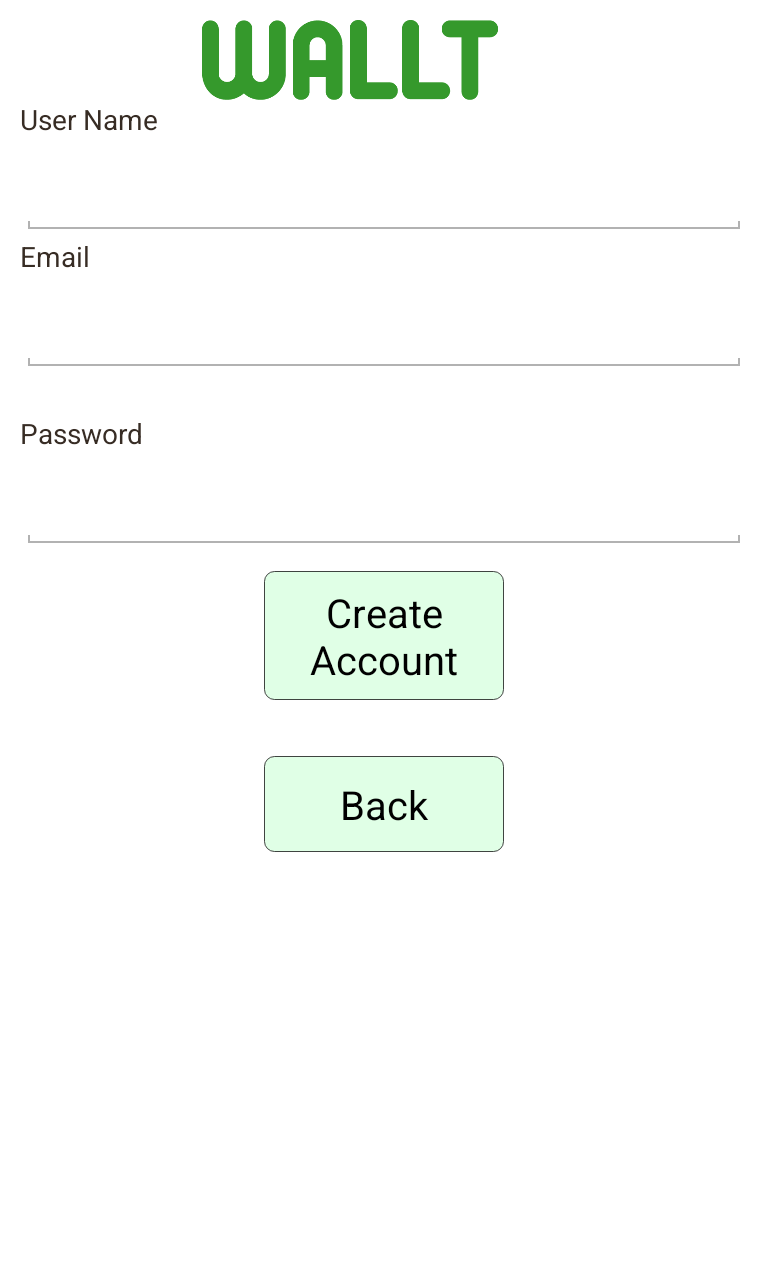
Repository: watty14/Android-Project-Spring-14
Layout: WALLT/res/layout/registeraccount_activity.xml
The author's editor kept a copy of each file at every save. The layout is drawn from the files as they stood at one save, then again after the next save.
It is drawn on a 768 x 1280 px phone screen (xhdpi) without system bars, with theme AppTheme; the app's code is not run.

Above is the layout before, as saved 2014-02-21 19:47:00.

### WALLT/res/layout/registeraccount_activity.xml
<?xml version="1.0" encoding="utf-8"?>
<RelativeLayout xmlns:android="http://schemas.android.com/apk/res/android"
    android:layout_width="match_parent"
    android:layout_height="match_parent"
    android:orientation="vertical" >

    <LinearLayout
        android:id="@+id/linearLayout1"
        android:layout_width="match_parent"
        android:layout_height="wrap_content"
        android:orientation="vertical"
        android:padding="10dip" >

        <ImageView
            android:layout_width="150dp"
            android:layout_height="40dp"
            android:layout_marginLeft="90dip"
            android:contentDescription="@string/logo"
            android:src="@drawable/wallt" />

        <TextView
            android:id="@+id/account_bank"
            android:layout_width="fill_parent"
            android:layout_height="wrap_content"
            android:text="@string/userName"
            android:textColor="#372c24" />

        <EditText
            android:id="@+id/account_bankField"
            android:layout_width="fill_parent"
            android:layout_height="wrap_content"
            android:layout_marginTop="10dip"
            android:inputType="text"
            android:singleLine="true" />

        <TextView
            android:id="@+id/account_balance"
            android:layout_width="fill_parent"
            android:layout_height="wrap_content"
            android:text="@string/email"
            android:textColor="#372c24" />

        <EditText
            android:id="@+id/account_balanceField"
            android:layout_width="fill_parent"
            android:layout_height="wrap_content"
            android:layout_marginBottom="20dip"
            android:layout_marginTop="10dip"
            android:inputType="text"
            android:singleLine="true" />
        <!-- Password Label -->

        <TextView
            android:id="@+id/password"
            android:layout_width="fill_parent"
            android:layout_height="wrap_content"
            android:text="@string/pwd"
            android:textColor="#372c24" />

        <EditText
            android:id="@+id/passwordField"
            android:layout_width="fill_parent"
            android:layout_height="wrap_content"
            android:layout_marginTop="10dip"
            android:inputType="textPassword"
            android:singleLine="true" />
    </LinearLayout>

    <!-- Login button -->

    <Button
        android:id="@+id/create"
        android:layout_width="120dp"
        android:layout_height="wrap_content"
        android:layout_below="@+id/linearLayout1"
        android:layout_centerHorizontal="true"
        android:background="@drawable/bg"
        android:gravity="center"
        android:text="@string/createAccount"
        android:textSize="20sp" />

    <Button
        android:id="@+id/backToMain"
        android:layout_width="120dp"
        android:layout_height="wrap_content"
        android:layout_alignLeft="@+id/create"
        android:layout_below="@+id/create"
        android:layout_marginTop="28dp"
        android:background="@drawable/bg"
        android:gravity="center"
        android:text="@string/backToMain"
        android:textSize="20sp" />

</RelativeLayout>

### WALLT/res/values/strings.xml
<?xml version="1.0" encoding="utf-8"?>
<resources>

    <string name="welcome">welcome</string>
    <string name="app_name">WALLT</string>
    <string name="action_settings">Settings</string>
    <string name="Login">Login</string>
    <string name="Register">Register</string>
    <string name="logo">Logo</string>
    <string name="id">ID</string>
    <string name="userName">User Name</string>
    <string name="email">Email</string>
    <string name="createAccount">Create Account</string>
    <string name="fullName">Full Name</string>
    <string name="pwd">Password</string>
    <string name="backToMain">Back</string>
    <string name="title_activity_register">Register</string>
    <string name="title_activity_login">Login</string>
    <string name="hello_world">Hello world!</string>
    <string name="successful_login">You have logged in successfully!</string>
    <string name="login_fail">Incorrect input</string>
    <string name="registration_failed">Unable to register</string>
    <string name="admin_hub_welcome">Successful admin login</string>
    <string name="title_activity_main_hub">MainHub</string>
    <string name="title_activity_login_fail">LoginFail</string>
    <string name="title_activity_registration_feed">RegistrationFeed</string>
    <string name="title_activity_registration_fail">RegistrationFail</string>
    <string name="title_activity_admin_hub">AdminHub</string>
    <string name="account_name">Account Name</string>
    <string name="account_balance">Account Balance</string>

</resources>

### WALLT/res/drawable-hdpi/bg.xml
<?xml version="1.0" encoding="UTF-8"?>
<shape xmlns:android="http://schemas.android.com/apk/res/android">
<solid android:color="#E0FFE6"/>
<stroke android:width="1px" android:color="#BB000000" />
<padding
	android:left="10dp"
	android:top="7dp"
	android:right="10dp"
	android:bottom="7dp"
	/>
<corners
	android:bottomRightRadius="5dp"
	android:bottomLeftRadius="5dp"
	android:topLeftRadius="5dp"
	android:topRightRadius="5dp"
	/>

</shape>

Loaded but not shown: WALLT/res/values/styles.xml (common file); WALLT/res/values-v11/styles.xml (common file); WALLT/res/values-v14/styles.xml (common file)

After the next save:
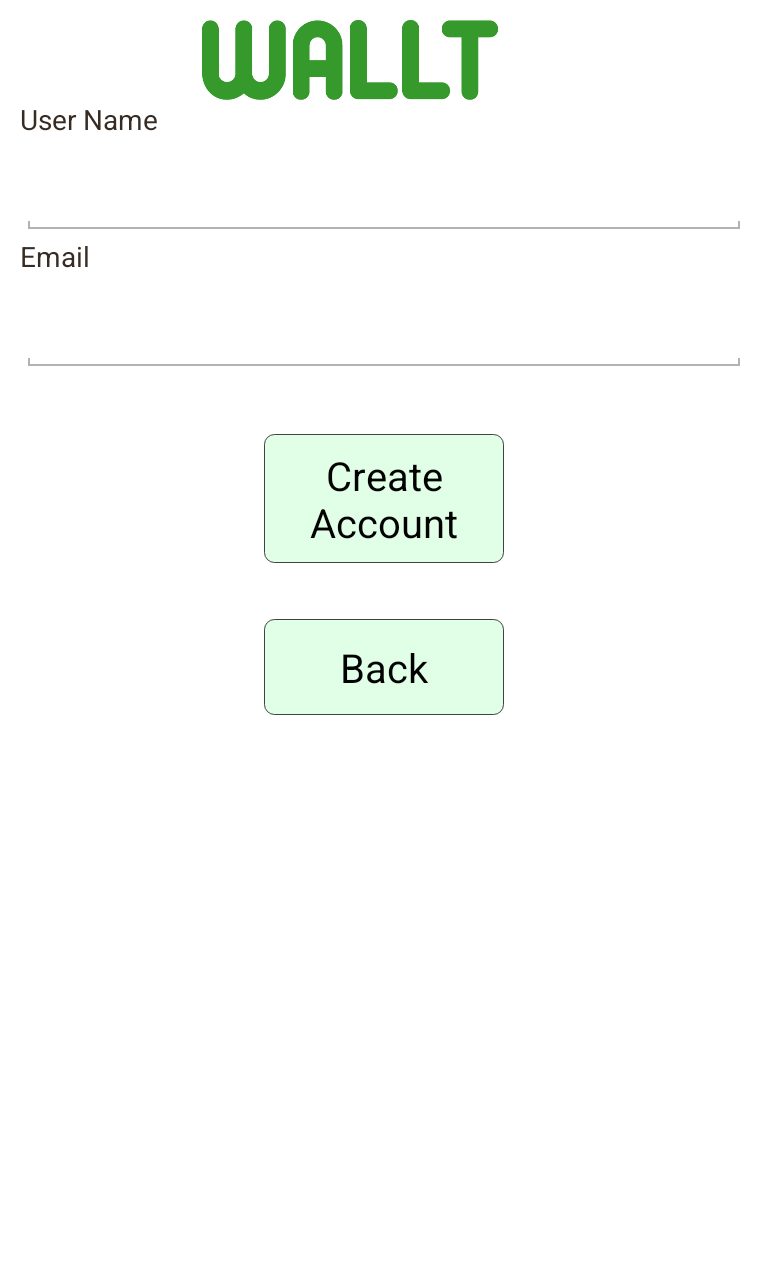
Saved 84 s later.
--- a/WALLT/res/layout/registeraccount_activity.xml
+++ b/WALLT/res/layout/registeraccount_activity.xml
@@ -48,25 +48,9 @@
             android:layout_marginTop="10dip"
             android:inputType="text"
             android:singleLine="true" />
-        <!-- Password Label -->
-
-        <TextView
-            android:id="@+id/password"
-            android:layout_width="fill_parent"
-            android:layout_height="wrap_content"
-            android:text="@string/pwd"
-            android:textColor="#372c24" />
-
-        <EditText
-            android:id="@+id/passwordField"
-            android:layout_width="fill_parent"
-            android:layout_height="wrap_content"
-            android:layout_marginTop="10dip"
-            android:inputType="textPassword"
-            android:singleLine="true" />
     </LinearLayout>
 
-    <!-- Login button -->
+    <!-- add button -->
 
     <Button
         android:id="@+id/create"
